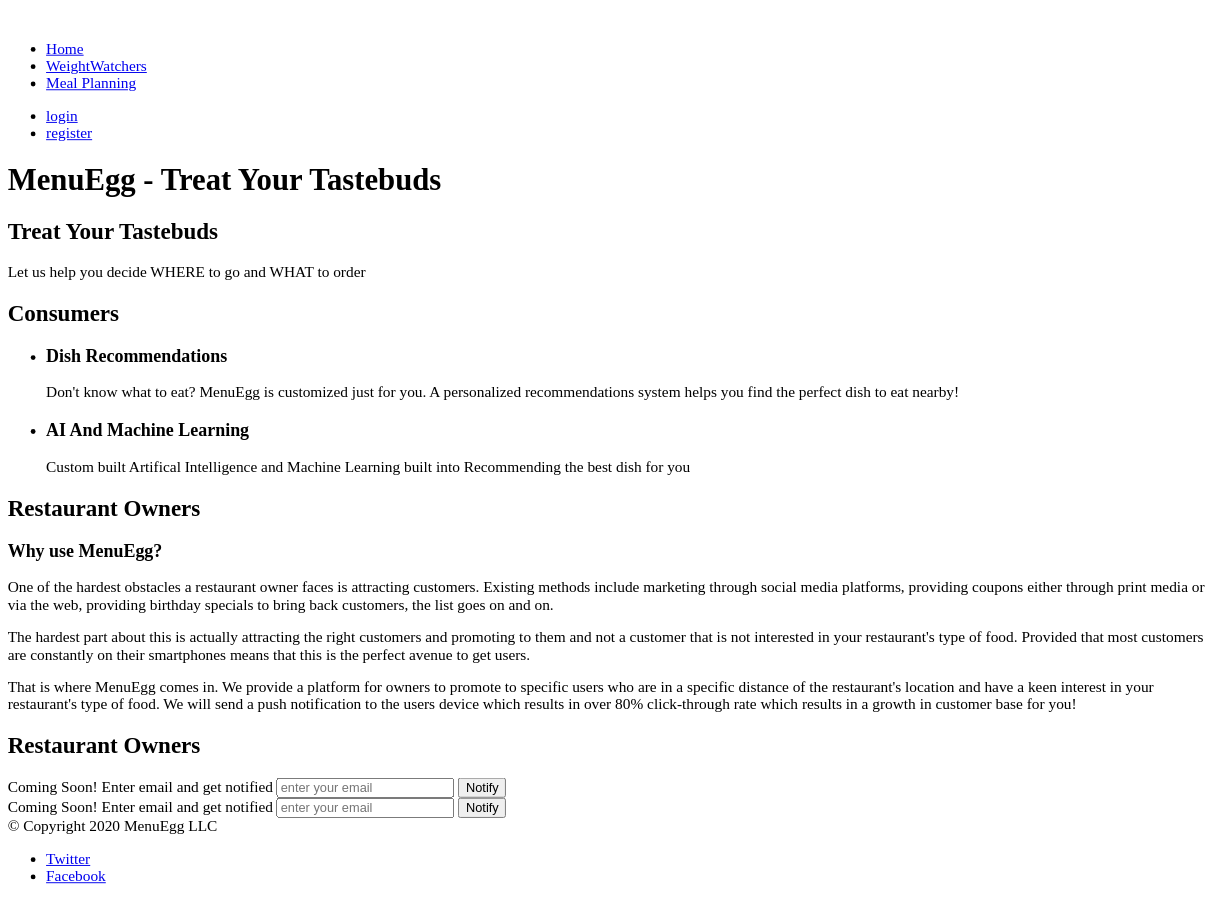
Repository: RobinKite/MenuEgg-test-site
Page: src/index.html
An editor plug-in stored every save of this project. The page is shown before and after the next save, followed by the edit.
The browser window is 1280 px wide. The pictures show the whole page, at 96% of full size.

Above is the page before, as saved 2020-09-16 05:48:46.

### src/index.html
<!DOCTYPE html>
<html lang="en">

<head>
    <meta charset="UTF-8" />
    <meta name="viewport" content="width=device-width, initial-scale=1.0" />
    <meta http-equiv="X-UA-Compatible" content="ie=edge" />
    <title>MenuEgg - Treat Your Tastebuds</title>
</head>

<body>
    <header>
        <nav>
            <a href="#">
                <img src="" alt="">
            </a>

            <ul>
                <li><a href="#">Home</a></li>
                <li><a href="#">WeightWatchers</a></li>
                <li><a href="#">Meal Planning</a></li>
            </ul>

            <ul>
                <li><a href="#">login</a></li>
                <li><a href="#">register</a></li>
            </ul>
        </nav>
    </header>

    <main>
        <h1>MenuEgg - Treat Your Tastebuds</h1>

        <section>
            <h2>Treat Your Tastebuds</h2>
            <span>Let us help you decide WHERE to go and WHAT to order</span>
        </section>
        <section>
            <div>
                <h2>Consumers</h2>
                <ul>
                    <li>
                        <h3>Dish Recommendations</h3>
                        <p>Don't know what to eat? MenuEgg is customized just for you. A personalized recommendations system helps you find the perfect dish to eat nearby!</p>
                    </li>
                    <li>
                        <h3>AI And Machine Learning</h3>
                        <p>Custom built Artifical Intelligence and Machine Learning built into Recommending the best dish for you</p>
                    </li>
                </ul>
            </div>
            <div>
                <h2>Restaurant Owners</h2>
                <div>
                    <h3>Why use MenuEgg?</h3>
                    <p>One of the hardest obstacles a restaurant owner faces is attracting customers. Existing methods include marketing through social media platforms, providing coupons either through print media or via the web, providing birthday specials
                        to bring back customers, the list goes on and on.</p>
                    <p>The hardest part about this is actually attracting the right customers and promoting to them and not a customer that is not interested in your restaurant's type of food. Provided that most customers are constantly on their smartphones
                        means that this is the perfect avenue to get users.</p>
                    <p>That is where MenuEgg comes in. We provide a platform for owners to promote to specific users who are in a specific distance of the restaurant's location and have a keen interest in your restaurant's type of food. We will send a push
                        notification to the users device which results in over 80% click-through rate which results in a growth in customer base for you!</p>
                </div>
            </div>
            <div>
                <h2>Restaurant Owners</h2>

                <span>Coming Soon!</span>
                <label for="email">Enter email and get notified</label>
                <input type="email" id="email" placeholder="enter your email">
                <input type="submit" value="Notify">
            </div>
            <div>
                <span>Coming Soon!</span>
                <label for="email">Enter email and get notified</label>
                <input type="email" id="email" placeholder="enter your email">
                <input type="submit" value="Notify">
            </div>
        </section>
        <section>

        </section>
        <section>

        </section>
        <section>

        </section>
        <section>

        </section>
        <section>

        </section>
        <section>

        </section>
        <section>

        </section>
        <section>

        </section>
    </main>

    <footer>
        <span>&#169; Copyright 2020 MenuEgg LLC</span>

        <ul>
            <li><a href="#">Twitter</a></li>
            <li><a href="#">Facebook</a></li>
        </ul>
    </footer>
</body>

</html>

After the next save:
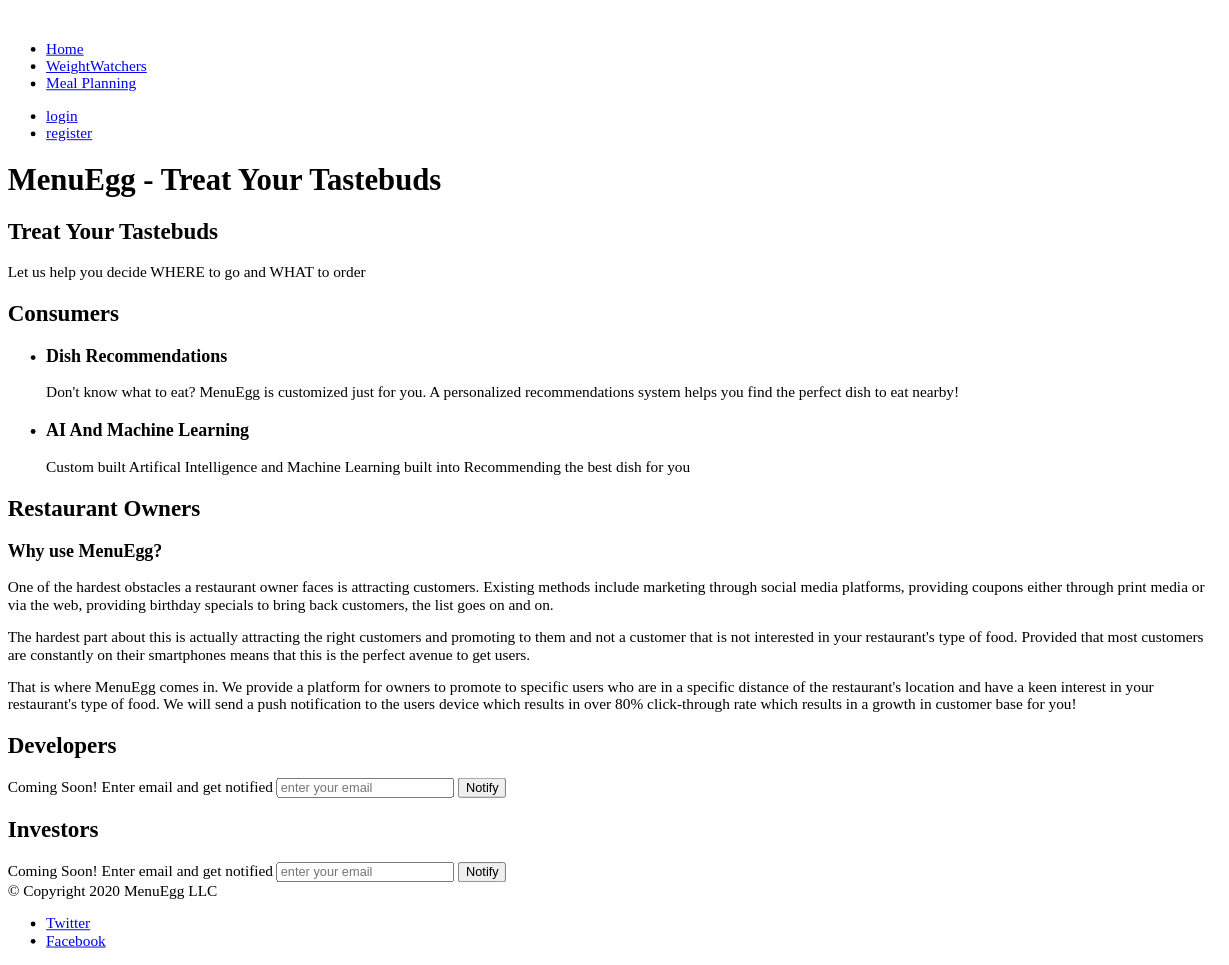
Saved 19 s later.
--- a/src/index.html
+++ b/src/index.html
@@ -62,7 +62,7 @@
                 </div>
             </div>
             <div>
-                <h2>Restaurant Owners</h2>
+                <h2>Developers</h2>
 
                 <span>Coming Soon!</span>
                 <label for="email">Enter email and get notified</label>
@@ -70,6 +70,8 @@
                 <input type="submit" value="Notify">
             </div>
             <div>
+                <h2>Investors</h2>
+
                 <span>Coming Soon!</span>
                 <label for="email">Enter email and get notified</label>
                 <input type="email" id="email" placeholder="enter your email">
